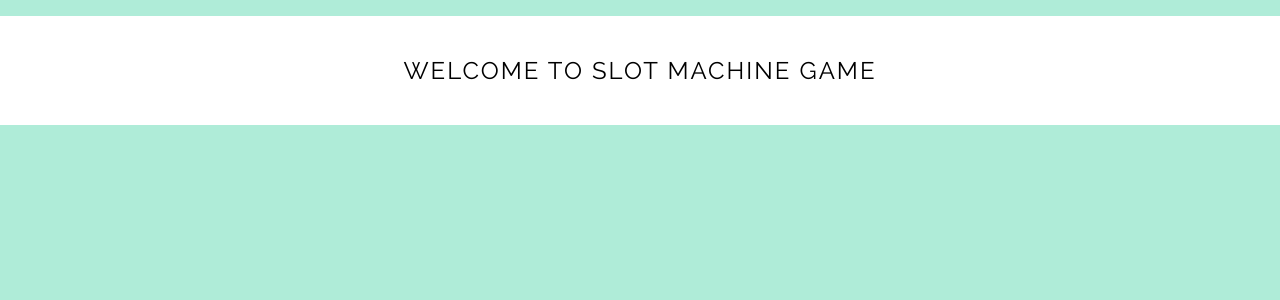
Repository: duggallakshya/slotMachineReact
Page: /
An editor plug-in stored every save of this project. The page is shown before and after a run of saves, followed by the edit.
The browser window is 1280 px wide. The pictures show the whole page.
The project was rebuilt for these pictures with package versions that can differ from the ones it lists, and the page was loaded fresh each time.

Above is the page before, as saved 2022-03-22 21:24:45.

### src/index.js
import React from 'react';
import ReactDOM from 'react-dom';
import './index.css';
import App from './App';

ReactDOM.render(
  <App />,
  document.getElementById('root')
)

### src/index.css
@import url('https://fonts.googleapis.com/css2?family=Raleway&display=swap');
body{
  background-color: rgb(175, 236, 216);
  margin: 0;
  padding: 0;

}

.heading-style{
  padding: 40px 0;
  text-align: center;
  font-family:'Raleway', sans-serif;;
  text-transform: uppercase;
  font-size: 13px;
  letter-spacing: 2px;
  font-weight: 500;
  background-color: #fff;
  font-size: 1.5rem;
  margin-bottom: 30px;
}

### src/App.jsx
import React from 'react'

const App = () => {
    return(
        <>
            <h1 className="heading-style"> Welcome to Slot machine game </h1>
        </>
    )
}

export default App;

Loaded but not shown: public/index.html (common file)

After the next 6 saves:
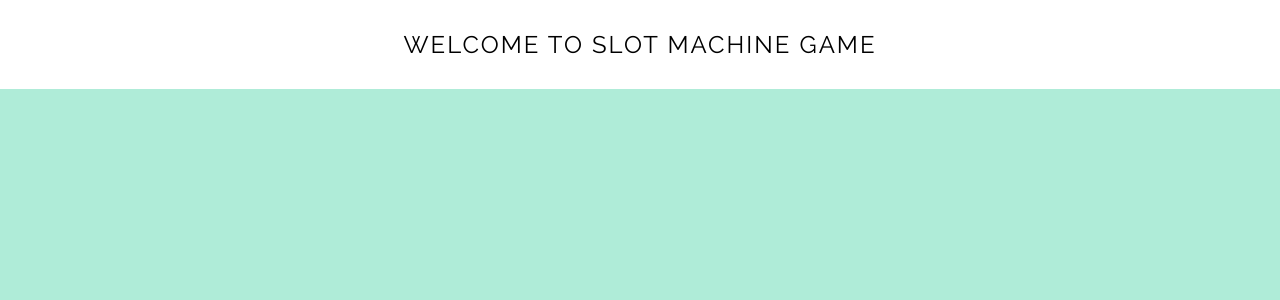
The 6 saves are shown as one change because they came seconds apart.
The last was saved 19 s later.
--- a/src/index.css
+++ b/src/index.css
@@ -7,7 +7,8 @@ body{
 }
 
 .heading-style{
-  padding: 40px 0;
+  padding: 30px 0;
+  margin-top: 0px;
   text-align: center;
   font-family:'Raleway', sans-serif;;
   text-transform: uppercase;
